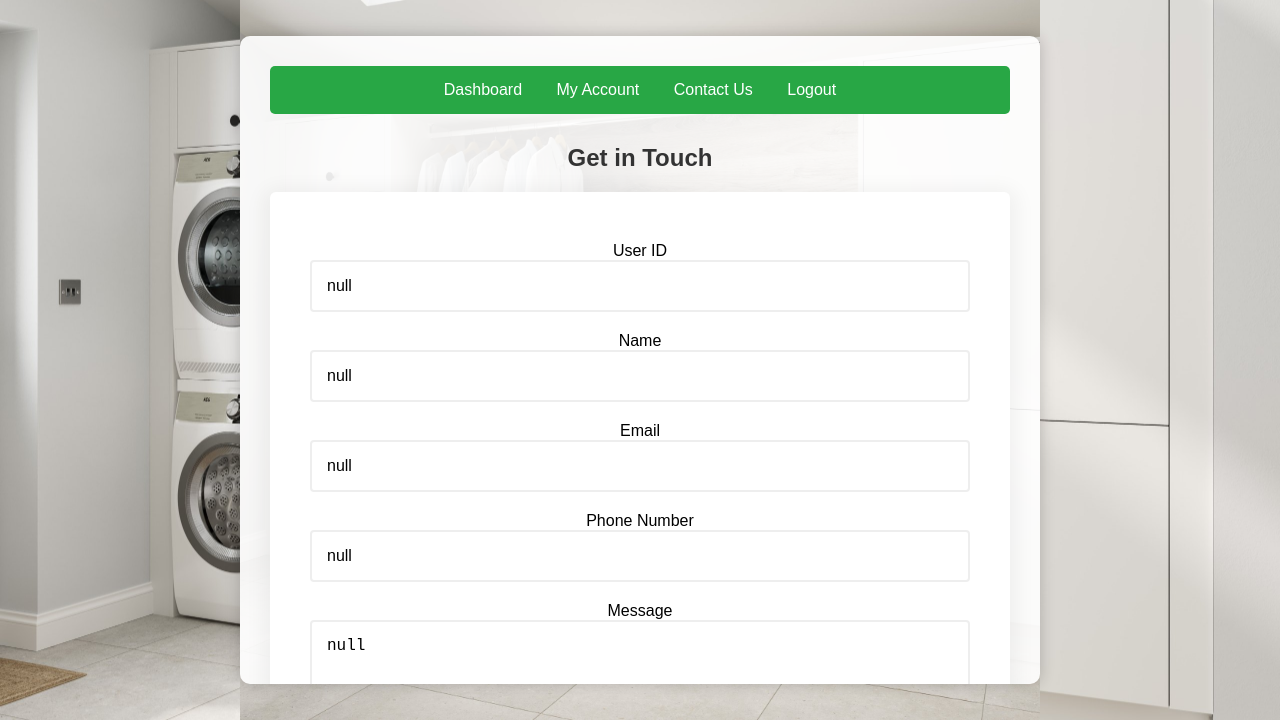
Repository: AmodhyaSharinda/java-CRUD
Page: http://localhost/java_project/updateConctactus.jsp
An editor plug-in stored every save of this project. The page is shown before and after the next save, followed by the edit.
The browser window is 1280 px wide. The pictures show the whole page.
An inner scrolling area shows only its first screen. The page is served by Tomcat 9.

Above is the page before, as saved 2024-10-01 15:05:55.

After the next save:
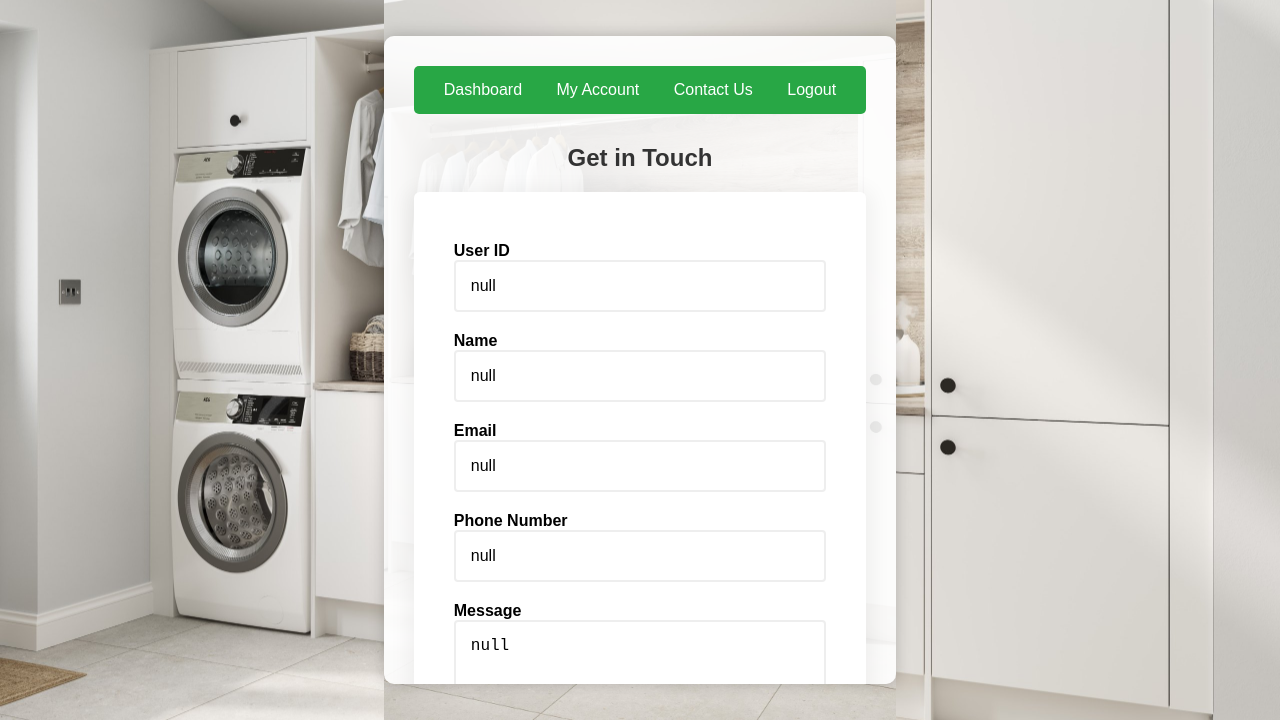
Saved 110 s later.
--- a/java_project/src/main/webapp/updateConctactus.jsp
+++ b/java_project/src/main/webapp/updateConctactus.jsp
@@ -184,15 +184,15 @@
     <h2>Get in Touch</h2>
 
     <form name="contactForm" action="contactUpdate" method="post" class="form-wrapper" onsubmit="return validateForm()">
-      <label for="id">User ID</label>
+      <label for="id" style="display: block; font-weight: bold; text-align: left;">User ID</label>
       <input class="input" name="id" placeholder="User ID" value="<%= Id %>" readonly>
-      <label for="UserName">Name</label>
+      <label for="UserName" style="display: block; font-weight: bold; text-align: left;">Name</label>
       <input class="input" name="UserName" placeholder="Please enter your name..." value="<%= Name %>" required>
-      <label for="Email">Email</label>
+      <label for="Email" style="display: block; font-weight: bold; text-align: left;">Email</label>
       <input class="input" name="Email" placeholder="Please enter your email..." value="<%= Email %>" required>
-      <label for="PhoneNumber">Phone Number</label>
+      <label for="PhoneNumber" style="display: block; font-weight: bold; text-align: left;">Phone Number</label>
       <input class="input" name="PhoneNumber" placeholder="Please enter your phone number..." value="<%= Phone %>" required>
-      <label for="Msg">Message</label>
+      <label for="Msg" style="display: block; font-weight: bold; text-align: left;">Message</label>
       <textarea class="textinput" name="Msg" placeholder="Please enter your query..." required><%= Msg %></textarea>
       <button type="submit" class="submit-btn">Update</button>
     </form>

After the save that followed:
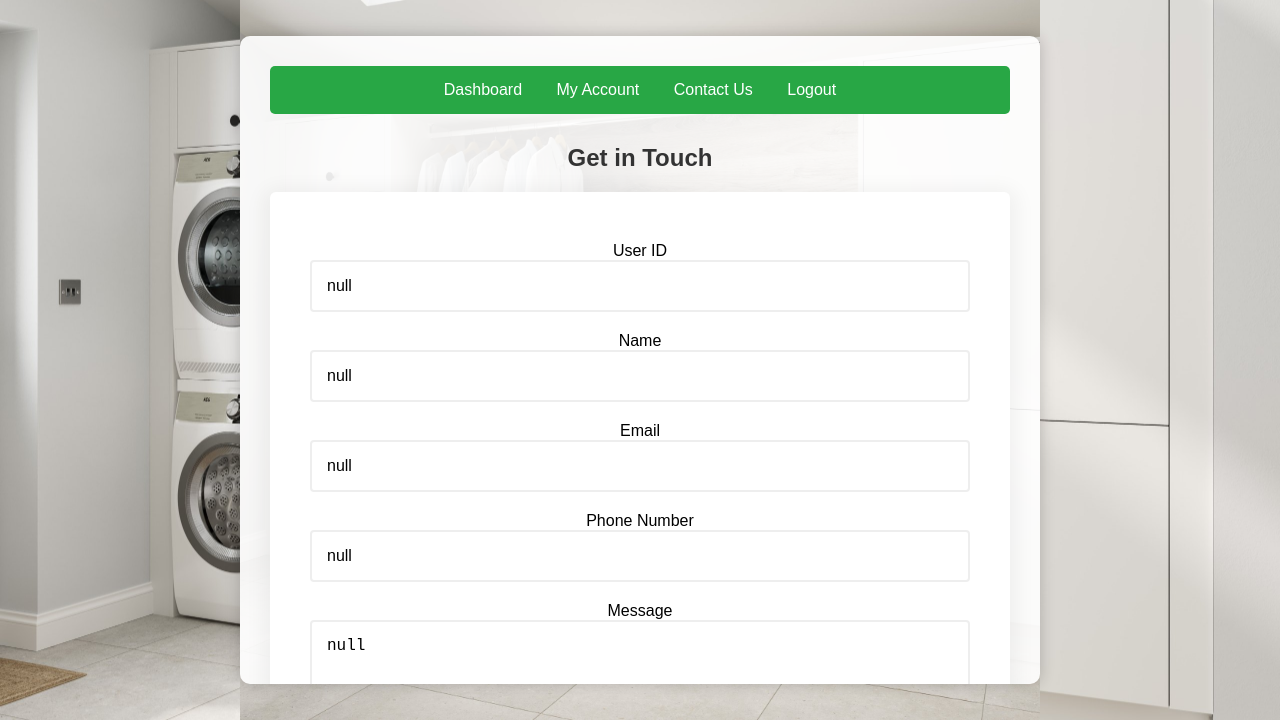
Saved 105 s later.
--- a/java_project/src/main/webapp/updateConctactus.jsp
+++ b/java_project/src/main/webapp/updateConctactus.jsp
@@ -184,15 +184,15 @@
     <h2>Get in Touch</h2>
 
     <form name="contactForm" action="contactUpdate" method="post" class="form-wrapper" onsubmit="return validateForm()">
-      <label for="id" style="display: block; font-weight: bold; text-align: left;">User ID</label>
+      <label for="id">User ID</label>
       <input class="input" name="id" placeholder="User ID" value="<%= Id %>" readonly>
-      <label for="UserName" style="display: block; font-weight: bold; text-align: left;">Name</label>
+      <label for="UserName">Name</label>
       <input class="input" name="UserName" placeholder="Please enter your name..." value="<%= Name %>" required>
-      <label for="Email" style="display: block; font-weight: bold; text-align: left;">Email</label>
+      <label for="Email">Email</label>
       <input class="input" name="Email" placeholder="Please enter your email..." value="<%= Email %>" required>
-      <label for="PhoneNumber" style="display: block; font-weight: bold; text-align: left;">Phone Number</label>
+      <label for="PhoneNumber">Phone Number</label>
       <input class="input" name="PhoneNumber" placeholder="Please enter your phone number..." value="<%= Phone %>" required>
-      <label for="Msg" style="display: block; font-weight: bold; text-align: left;">Message</label>
+      <label for="Msg">Message</label>
       <textarea class="textinput" name="Msg" placeholder="Please enter your query..." required><%= Msg %></textarea>
       <button type="submit" class="submit-btn">Update</button>
     </form>
